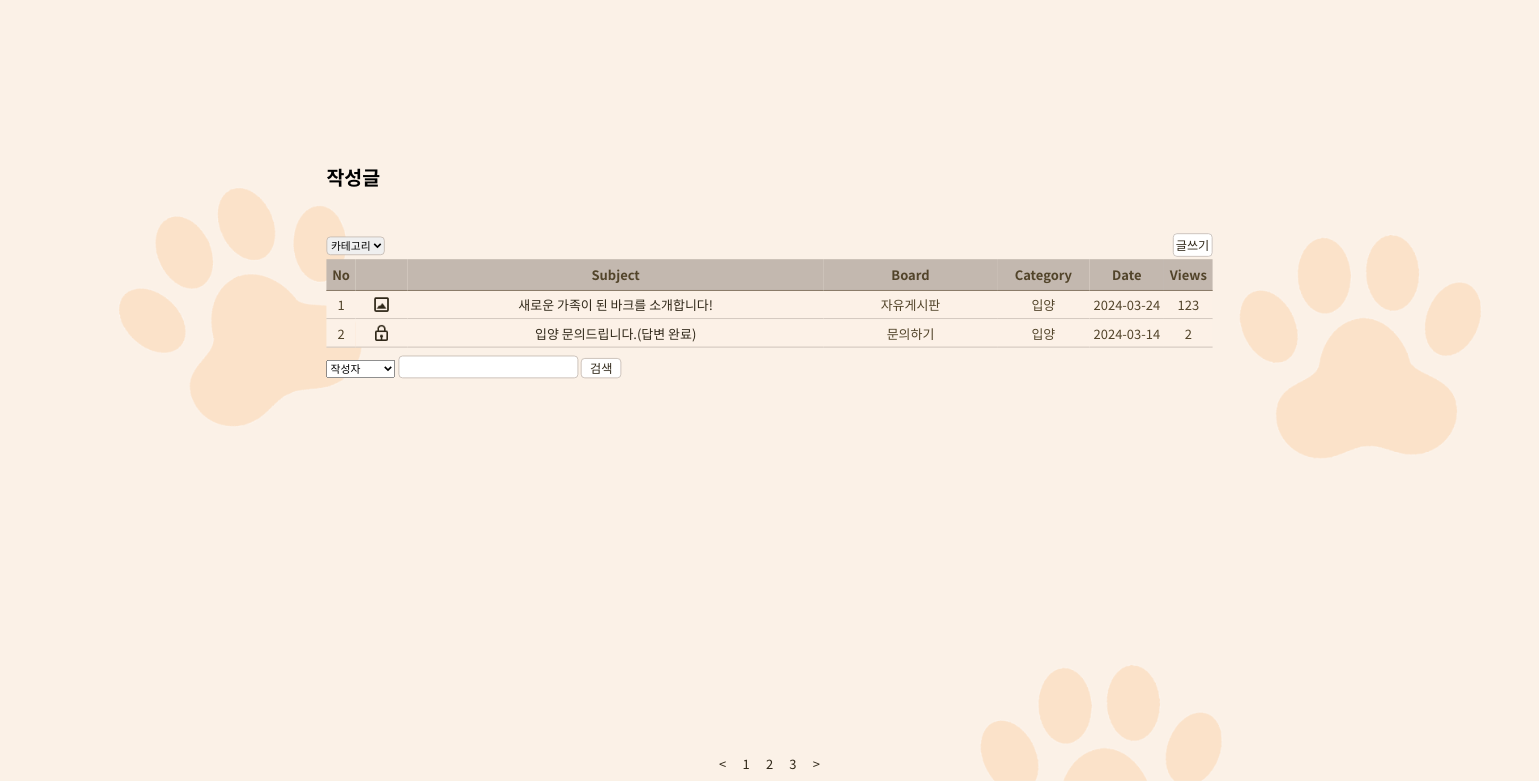
Repository: jngwk/Project-Bark
Page: http://localhost/Bark/include/userMyPostList.jsp
The author's editor kept a copy of each file at every save. The page is drawn from the files as they stood at one save, then again after the next save.
The browser window is 1280 px wide. The page is 1900 px wide, so the pictures cover 1900 px, including what lies to the right of the window. The pictures show the whole page, at 81% of full size.
The page is served by Tomcat 9. Other server files are loaded and not shown.

Above is the page before, as saved 2024-03-30 19:26:29.

### java_workspace/Bark/src/main/webapp/include/userMyPostList.jsp
<%@ page language="java" contentType="text/html; charset=UTF-8"
    pageEncoding="UTF-8"%>
<%@ taglib prefix="c" uri="http://java.sun.com/jsp/jstl/core" %>
<!DOCTYPE html>
<html>
<head>
    <meta charset="UTF-8">
    <meta name="viewport" content="width=device-width, initial-scale=1.0">
    <title>myPost</title>
    <c:set var="contextPath" value="${pageContext.request.contextPath }"/>
    <link rel="stylesheet" href="${contextPath}/css/myPost.css">

    <style>
    	#icon{
    		padding: 5px 5px 0 5px;
    	}
    </style>
</head>
<body>
    <div class="container">
        <div class="row">

            <h2>작성글</h2>

            <div class="myPost-up">
            <form action="#" method="post" class="myPost-category">

            <select name="myPost-category">
                <option>카테고리</option>
                <option value="1">기부</option>
                <option value="2">입양</option>
                <option value="3">입소</option>
            </select>
	        </form>

            <div class="write-button"><a href="#">글쓰기</a></div>
            </div>

            <div class="table">
            <table class="myPost-table">
                <thead>
                    <tr>
                        <th>No</th>
                        <th></th>
                        <th>Subject</th>
                        <th>Board</th>
                        <th>Category</th>
                        <th>Date</th>
                        <th>Views</th>
                    </tr>
                </thead>
                <tbody>
                    <tr>
                        <td>1</td>
                        <td id="icon"><img src="${contextPath}/images/icons/image.png"></td>
                        <td><a href="#"> 새로운 가족이 된 바크를 소개합니다!</a></td>
                        <td>자유게시판</td>
                        <td>입양</td>
                        <td>2024-03-24</td>
                        <td>123</td>
                    </tr>
                    <tr>
                        <td>2</td>
                        <td id="icon"><img src="${contextPath}/images/icons/lock.png"></td>
                        <td><a href="#"> 입양 문의드립니다.(답변 완료)</a></td>
                        <td>문의하기</td>
                        <td>입양</td>
                        <td>2024-03-14</td>
                        <td>2</td>
                    </tr>
                </tbody>
            </table>
            <form action="#" method="post" class="myPost_category" style="margin-top:10px;">
            <select name="myPost_category">
                <option>작성자</option>
                <option value="1">제목</option>
                <option value="2">제목 + 내용</option>
                <option value="3">댓글</option>
            </select>
            <input type="search" class="myPost-search">
            <input type="submit" class="myPost-search-submit" value="검색">
            </form>
			</div>

			<div class="page-number">
	            <a href="#"><</a>
	            <a href="#">1</a>
	            <a href="#">2</a>
	            <a href="#">3</a>
	            <a href="#">></a>
	        </div>

    	</div>
    </div>
</body>
</html>

### java_workspace/Bark/src/main/webapp/css/myPost.css
@charset "UTF-8";
@import url(./root.css);

/*초기화 */
.table{min-height: 600px;}
.row{margin-top:200px}

/* 제목 */
.row>h{color: #52442a; font-weight: bold; font-size: 30px;}
.myPost-up{display: flex; justify-content: space-between; align-content: center; padding: 5px 0; margin-top:50px;}

/* 카테고리 */
.myPost-category>select{
    border-radius: 5px; border: 1px solid rgb(195, 184, 175); text-align:center;
}



/*검색*/
.myPost-search{border-radius: 5px; border:thin solid rgb(195, 184, 175) }
.myPost-search-submit{border-radius: 5px; border:thin solid rgb(195, 184, 175); background-color: white;  width:50px; height: 25px; font-size: 15px;}
.myPost-search-submit:hover{background-color: rgb(195, 184, 175); color:#fcf1e7; border:thin solid rgb(195, 184, 175);}

/* 글쓰기버튼 */
.write-button>a{ padding: 3px; font-size: 14px; background-color:white; border-radius: 5px; border:thin solid rgb(195, 184, 175); font-size: 15px;}
.write-button>a:hover{ background-color: rgb(195, 184, 175); color:#fcf1e7; border:thin solid rgb(195, 184, 175); }


/* 테이블 */

.myPost-table{ border-spacing: 0;}
.myPost-table>thead>tr>th{
	background-color:  rgb(195, 184, 175); color: #52442a; text-align: center; padding: 7px;
    border-bottom: 1px solid #52442a; font-weight: bold;
}
.myPost-table>thead>tr>th:nth-child(2){
    width: 50px;
}
.myPost-table>thead>tr>th:nth-child(3){
    width: 500px;
}
.myPost-table>thead>tr>th:nth-child(4){
    width: 200px;
}
.myPost-table>thead>tr>th:nth-child(5){
    width: 100px;
}
.myPost-table>tbody>tr>td{
	background: #fcf1e7; color: #52442a; text-align: center; border-bottom: 1px solid rgb(195, 184, 175);
    padding: 5px;
}
/* 페이지 */
.page-number{display: flex; justify-content: center;}
.page-number>a{padding: 10px;}



/* #fcf1e7 #52442a */

### java_workspace/Bark/src/main/webapp/css/root.css
@import url("https://fonts.googleapis.com/css2?family=Noto+Sans+KR:wght@100..900&display=swap");
:root {
  --color-bean-brown: #302819;
  --color-rose-white: #fbf1e7;
  --color-deep-brown: #52442a;
  --color-effect: rgb(171, 100, 39);
  --color-strong: rgb(82, 68, 42);
  --color-inactive: rgb(195, 184, 175);

}

* {
  margin: 0;
  padding: 0;
  font-family: "Noto Sans KR", sans-serif;
  font-optical-sizing: auto;
  font-style: normal;
}
html:not(.main) {
  position: relative;
  background-image: url(../images/background-img.png);
}
html:not(.main) {
  position: relative;
  background-color: var(--color-rose-white);
}
body {
  position: relative;
  width: 1900px;
  height: 100dvh;
  margin: 0 auto;
  z-index: 0;
}

li {
  list-style: none;
}
a {
  text-decoration: none;
  color: var(--color-bean-brown);
}
input, button, .btn{
	border-radius: 5px;
	box-shadow: none !important;
	border: 1px solid var(--color-bean-brown);
	color: var(--color-bean-brown);
}
input{
	font-size: 18px;
	padding: 0 10px;
}
input[readonly]{
	background-color: rgb(224, 224, 224);
}
input:not([readonly]):focus{
	border: 2px solid var(--color-effect) !important;
}

.content-container{
	position: absolute;
	width: 1600px;
	min-height: 800px;
	/* height: calc(100dvh - 160px);
	height: 880px;
	height: fit-content;*/
	right: 40px;
	top: 160px;
	z-index: -1;
	padding-top: 80px;
	/*display: flex;
	justify-content: center;*/


}
.padding-bottom{
	padding-bottom: calc(100dvh - 1040px);
}
.container{
	position: relative;
	margin: 0 auto;
	width: fit-content;
}
.content-blur{
	position: fixed;
	width: 100%;
	left: 0;
	height: calc(100dvh - 1040px);
	bottom: 0;
	background: var(--color-rose-white);
	opacity: 0.8;
	z-index: 9999;

}
.btn {
  position: relative;
  box-sizing: border-box;
  white-space: pre;
  padding-block: 1px;
  padding-inline: 6px;
}
button:not(.call-to-action), .btn{
	color: var(--color-bean-brown) !important;
  background-color: var(--color-inactive) !important;
}
button:hover, select:hover{
	cursor: pointer !important;
}
button:not(.call-to-action):hover, .btn:hover, .btn.checked{
	cursor: pointer !important;
	background-color: var(--color-strong) !important;
	color: var(--color-rose-white) !important;
	transition: 0.3s;
}
strong {
  font-size: 1.5rem;
  /* line-height: 30px; */
}
h1 {
  text-align: center;
  padding-bottom: 30px;
  font-size: 30px;
}

### java_workspace/Bark/src/main/webapp/css/userMyPostList.css
@charset "UTF-8";
@import url(./root.css);

/*초기화 */
.table{min-height: 600px;}

/* 제목 */
.row>h{color: #52442a; font-weight: bold; font-size: 30px;}
.myPost-up{display: flex; justify-content: space-between; align-content: center; padding: 5px 0; margin-top:50px;}

/* 카테고리 */
.myPost-category>select{
    border-radius: 5px; border: 1px solid rgb(195, 184, 175); text-align:center;
}



/*검색*/
.myPost-search{border-radius: 5px; border:thin solid rgb(195, 184, 175) }
.myPost-search-submit{border-radius: 5px; border:thin solid rgb(195, 184, 175); background-color: white;  width:50px; height: 25px; font-size: 15px;}
.myPost-search-submit:hover{background-color: rgb(195, 184, 175); color:#fcf1e7; border:thin solid rgb(195, 184, 175);}

/* 글쓰기버튼 */
.write-button>a{ padding: 3px; font-size: 14px; background-color:white; border-radius: 5px; border:thin solid rgb(195, 184, 175); font-size: 15px;}
.write-button>a:hover{ background-color: rgb(195, 184, 175); color:#fcf1e7; border:thin solid rgb(195, 184, 175); }


/* 테이블 */

.myPost-table{ border-spacing: 0;}
.myPost-table>thead>tr>th{
	background-color:  rgb(195, 184, 175); color: #52442a; text-align: center; padding: 7px;
    border-bottom: 1px solid #52442a; font-weight: bold;
}
.myPost-table>thead>tr>th:nth-child(2){
    width: 50px;
}
.myPost-table>thead>tr>th:nth-child(3){
    width: 500px;
}
.myPost-table>thead>tr>th:nth-child(4){
    width: 200px;
}
.myPost-table>thead>tr>th:nth-child(5){
    width: 100px;
}
.myPost-table>tbody>tr>td{
	background: #fcf1e7; color: #52442a; text-align: center; border-bottom: 1px solid rgb(195, 184, 175);
    padding: 5px;
}
/* 페이지 */
.page-number{display: flex; justify-content: center;}
.page-number>a{padding: 10px;}



/* #fcf1e7 #52442a */

After the next save:
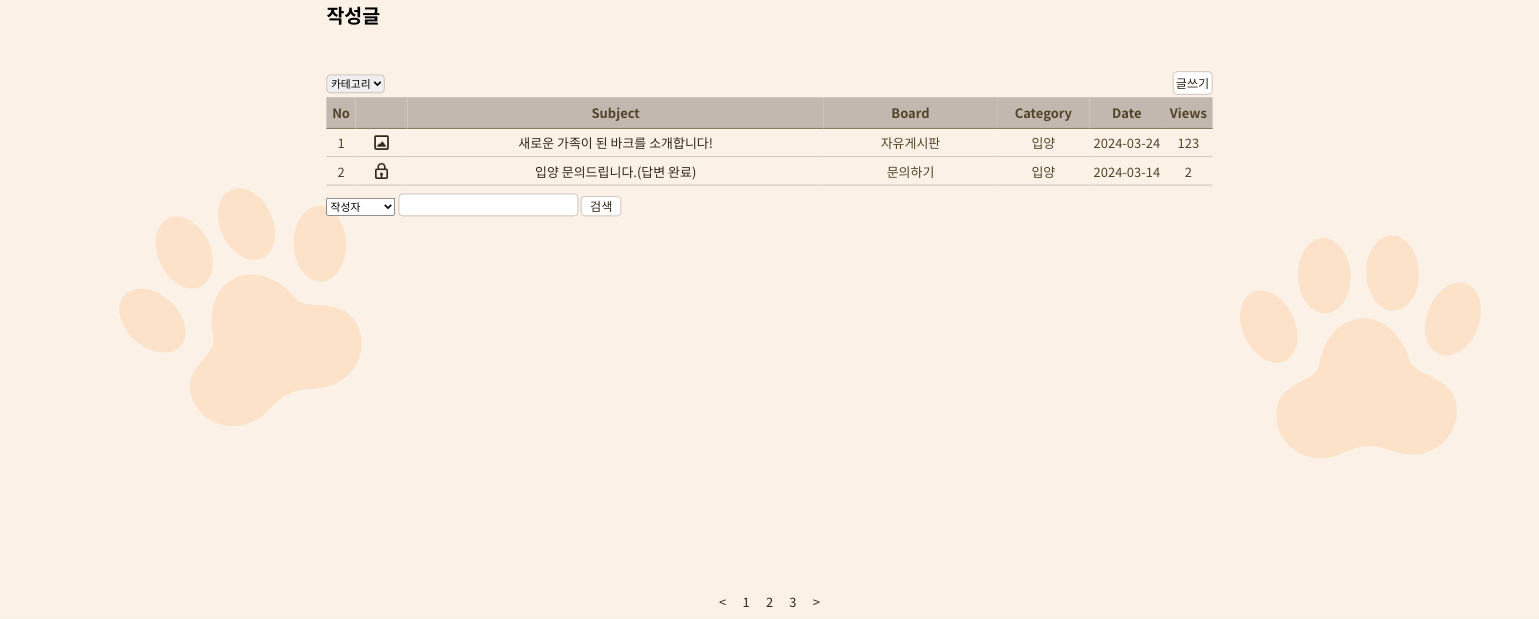
Saved 8 s later.
--- a/java_workspace/Bark/src/main/webapp/include/userMyPostList.jsp
+++ b/java_workspace/Bark/src/main/webapp/include/userMyPostList.jsp
@@ -8,7 +8,7 @@
     <meta name="viewport" content="width=device-width, initial-scale=1.0">
     <title>myPost</title>
     <c:set var="contextPath" value="${pageContext.request.contextPath }"/>
-    <link rel="stylesheet" href="${contextPath}/css/myPost.css">
+    <link rel="stylesheet" href="${contextPath}/css/userMyPostList.css">
 
     <style>
     	#icon{
